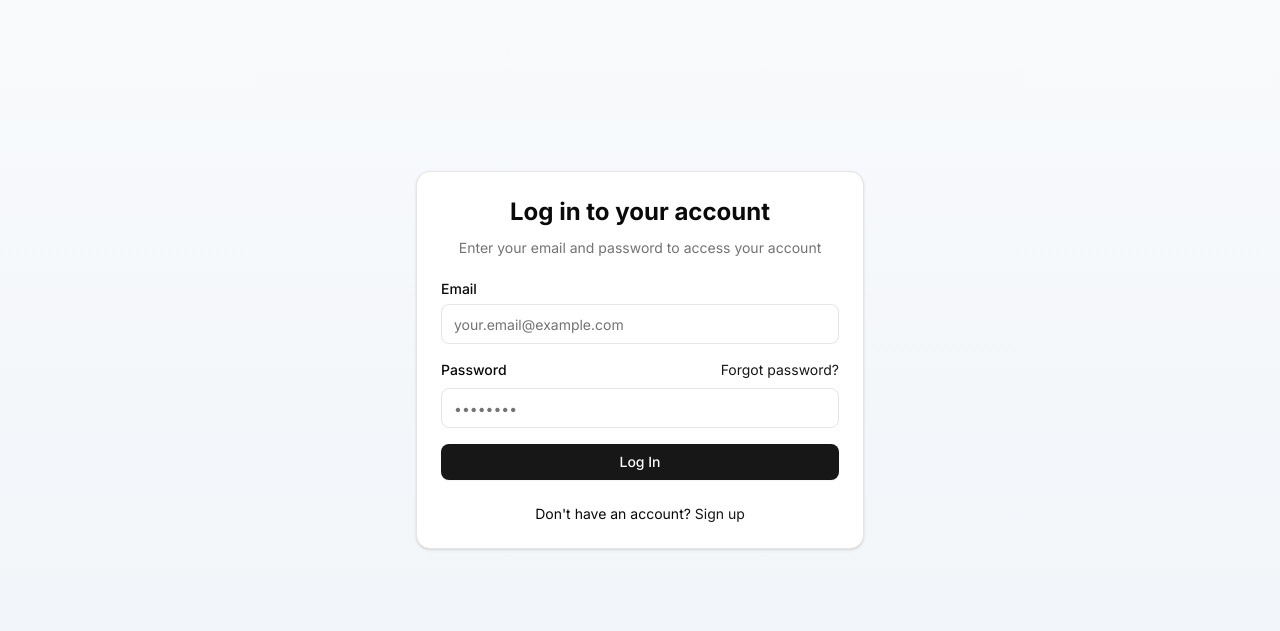
Repository: davidsaas/trustplacev2
Page: /login
An editor plug-in stored every save of this project. The page is shown before and after the next save, followed by the edit.
The browser window is 1280 px wide. The pictures show the whole page.
The project was rebuilt for these pictures with package versions that can differ from the ones it lists, and the page was loaded fresh each time. The framework's server and built-in components were replaced by stand-ins that run in the browser. Also part of the build but not shown: next.config.js, src/lib/apify.ts, src/components/navbar.tsx, src/components/nav-wrapper.tsx, src/components/ui/alert.tsx.

Above is the page before, as saved 2025-03-05 15:47:13.

### src/app/layout.tsx
import { Inter } from "next/font/google";
import "./globals.css";
import { NavWrapper } from "@/components/nav-wrapper";
import type { Metadata } from "next";

const inter = Inter({ subsets: ["latin"] });

export const metadata: Metadata = {
  title: "TrustPlace - Safe Airbnb Stays",
  description: "Find safe and trusted Airbnb stays with TrustPlace",
  icons: {
    icon: "/favicon.ico",
  },
};

export default function RootLayout({
  children,
}: Readonly<{
  children: React.ReactNode;
}>) {
  return (
    <html lang="en">
      <body className={inter.className}>
        <NavWrapper />
        {children}
      </body>
    </html>
  );
}

### src/app/login/page.tsx
"use client";

import { useState, useEffect } from "react";
import { Button } from "@/components/ui/button";
import { Input } from "@/components/ui/input";
import { Label } from "@/components/ui/label";
import { Card, CardContent, CardDescription, CardFooter, CardHeader, CardTitle } from "@/components/ui/card";
import { supabase } from "@/lib/supabase";
import { Alert, AlertDescription } from "@/components/ui/alert";
import Link from "next/link";
import { useRouter, useSearchParams } from "next/navigation";

export default function Login() {
  const [email, setEmail] = useState("");
  const [password, setPassword] = useState("");
  const [loading, setLoading] = useState(false);
  const [error, setError] = useState<string | null>(null);
  const [message, setMessage] = useState<string | null>(null);
  const router = useRouter();
  const searchParams = useSearchParams();

  useEffect(() => {
    // Check for message in URL (e.g., from signup page)
    const urlMessage = searchParams?.get("message");
    if (urlMessage) {
      setMessage(urlMessage);
    }
  }, [searchParams]);

  const handleLogin = async (e: React.FormEvent) => {
    e.preventDefault();
    setLoading(true);
    setError(null);

    try {
      const { error } = await supabase.auth.signInWithPassword({
        email,
        password,
      });

      if (error) {
        throw error;
      }

      // Success - redirect to home page
      router.push("/dashboard");
    } catch (error: any) {
      setError(error.message || "An error occurred during login");
    } finally {
      setLoading(false);
    }
  };

  return (
    <div className="flex items-center justify-center min-h-screen p-4 bg-gradient-to-b from-slate-50 to-slate-100 dark:from-gray-900 dark:to-gray-950">
      <Card className="w-full max-w-md">
        <CardHeader className="space-y-1">
          <CardTitle className="text-2xl font-bold text-center">Log in to your account</CardTitle>
          <CardDescription className="text-center">
            Enter your email and password to access your account
          </CardDescription>
        </CardHeader>
        <CardContent>
          <form onSubmit={handleLogin} className="space-y-4">
            {error && (
              <Alert variant="destructive">
                <AlertDescription>{error}</AlertDescription>
              </Alert>
            )}
            {message && (
              <Alert>
                <AlertDescription>{message}</AlertDescription>
              </Alert>
            )}
            <div className="space-y-2">
              <Label htmlFor="email">Email</Label>
              <Input
                id="email"
                type="email"
                placeholder="your.email@example.com"
                value={email}
                onChange={(e) => setEmail(e.target.value)}
                required
              />
            </div>
            <div className="space-y-2">
              <div className="flex items-center justify-between">
                <Label htmlFor="password">Password</Label>
                <Link href="/forgot-password" className="text-sm text-primary underline-offset-4 hover:underline">
                  Forgot password?
                </Link>
              </div>
              <Input
                id="password"
                type="password"
                placeholder="••••••••"
                value={password}
                onChange={(e) => setPassword(e.target.value)}
                required
              />
            </div>
            <Button type="submit" className="w-full" disabled={loading}>
              {loading ? "Logging in..." : "Log In"}
            </Button>
          </form>
        </CardContent>
        <CardFooter className="flex justify-center">
          <div className="text-sm text-center">
            Don't have an account?{" "}
            <Link href="/signup" className="text-primary underline-offset-4 hover:underline">
              Sign up
            </Link>
          </div>
        </CardFooter>
      </Card>
    </div>
  );
}

### src/components/ui/button.tsx
import * as React from "react"
import { Slot } from "@radix-ui/react-slot"
import { cva, type VariantProps } from "class-variance-authority"

import { cn } from "@/lib/utils"

const buttonVariants = cva(
  "inline-flex items-center justify-center gap-2 whitespace-nowrap rounded-md text-sm font-medium transition-[color,box-shadow] disabled:pointer-events-none disabled:opacity-50 [&_svg]:pointer-events-none [&_svg:not([class*='size-'])]:size-4 shrink-0 [&_svg]:shrink-0 outline-none focus-visible:border-ring focus-visible:ring-ring/50 focus-visible:ring-[3px] aria-invalid:ring-destructive/20 dark:aria-invalid:ring-destructive/40 aria-invalid:border-destructive",
  {
    variants: {
      variant: {
        default:
          "bg-primary text-primary-foreground shadow-xs hover:bg-primary/90",
        destructive:
          "bg-destructive text-white shadow-xs hover:bg-destructive/90 focus-visible:ring-destructive/20 dark:focus-visible:ring-destructive/40",
        outline:
          "border border-input bg-background shadow-xs hover:bg-accent hover:text-accent-foreground",
        secondary:
          "bg-secondary text-secondary-foreground shadow-xs hover:bg-secondary/80",
        ghost: "hover:bg-accent hover:text-accent-foreground",
        link: "text-primary underline-offset-4 hover:underline",
      },
      size: {
        default: "h-9 px-4 py-2 has-[>svg]:px-3",
        sm: "h-8 rounded-md gap-1.5 px-3 has-[>svg]:px-2.5",
        lg: "h-10 rounded-md px-6 has-[>svg]:px-4",
        icon: "size-9",
      },
    },
    defaultVariants: {
      variant: "default",
      size: "default",
    },
  }
)

function Button({
  className,
  variant,
  size,
  asChild = false,
  ...props
}: React.ComponentProps<"button"> &
  VariantProps<typeof buttonVariants> & {
    asChild?: boolean
  }) {
  const Comp = asChild ? Slot : "button"

  return (
    <Comp
      data-slot="button"
      className={cn(buttonVariants({ variant, size, className }))}
      {...props}
    />
  )
}

export { Button, buttonVariants }

### src/components/ui/input.tsx
import * as React from "react"

import { cn } from "@/lib/utils"

export interface InputProps
  extends React.InputHTMLAttributes<HTMLInputElement> {}

const Input = React.forwardRef<HTMLInputElement, InputProps>(
  ({ className, type, ...props }, ref) => {
    return (
      <input
        type={type}
        className={cn(
          "flex h-10 w-full rounded-md border border-input bg-background px-3 py-2 text-sm ring-offset-background file:border-0 file:bg-transparent file:text-sm file:font-medium placeholder:text-muted-foreground focus-visible:outline-none focus-visible:ring-2 focus-visible:ring-ring focus-visible:ring-offset-2 disabled:cursor-not-allowed disabled:opacity-50",
          className
        )}
        ref={ref}
        {...props}
      />
    )
  }
)
Input.displayName = "Input"

export { Input }

### src/components/ui/card.tsx
import * as React from "react"

import { cn } from "@/lib/utils"

function Card({ className, ...props }: React.ComponentProps<"div">) {
  return (
    <div
      data-slot="card"
      className={cn(
        "bg-card text-card-foreground flex flex-col gap-6 rounded-xl border py-6 shadow-sm",
        className
      )}
      {...props}
    />
  )
}

function CardHeader({ className, ...props }: React.ComponentProps<"div">) {
  return (
    <div
      data-slot="card-header"
      className={cn("flex flex-col gap-1.5 px-6", className)}
      {...props}
    />
  )
}

function CardTitle({ className, ...props }: React.ComponentProps<"div">) {
  return (
    <div
      data-slot="card-title"
      className={cn("leading-none font-semibold", className)}
      {...props}
    />
  )
}

function CardDescription({ className, ...props }: React.ComponentProps<"div">) {
  return (
    <div
      data-slot="card-description"
      className={cn("text-muted-foreground text-sm", className)}
      {...props}
    />
  )
}

function CardContent({ className, ...props }: React.ComponentProps<"div">) {
  return (
    <div
      data-slot="card-content"
      className={cn("px-6", className)}
      {...props}
    />
  )
}

function CardFooter({ className, ...props }: React.ComponentProps<"div">) {
  return (
    <div
      data-slot="card-footer"
      className={cn("flex items-center px-6", className)}
      {...props}
    />
  )
}

export { Card, CardHeader, CardFooter, CardTitle, CardDescription, CardContent }

### src/lib/supabase.ts
import { createClient } from '@supabase/supabase-js';

const supabaseUrl = 'https://upsiedhtxolcshbunlls.supabase.co';
const supabaseAnonKey = 'eyJhbGciOiJIUzI1NiIsInR5cCI6IkpXVCJ9.eyJpc3MiOiJzdXBhYmFzZSIsInJlZiI6InVwc2llZGh0eG9sY3NoYnVubGxzIiwicm9sZSI6ImFub24iLCJpYXQiOjE3NDExNzQxMDAsImV4cCI6MjA1Njc1MDEwMH0.a23c0hAC7Kj_rJqpxHNEdKwmeRMy_ZH88nApJZ41DwA';

export const supabase = createClient(supabaseUrl, supabaseAnonKey);

### src/components/ui/separator.tsx
"use client"

import * as React from "react"
import * as SeparatorPrimitive from "@radix-ui/react-separator"

import { cn } from "@/lib/utils"

function Separator({
  className,
  orientation = "horizontal",
  decorative = true,
  ...props
}: React.ComponentProps<typeof SeparatorPrimitive.Root>) {
  return (
    <SeparatorPrimitive.Root
      data-slot="separator-root"
      decorative={decorative}
      orientation={orientation}
      className={cn(
        "bg-border shrink-0 data-[orientation=horizontal]:h-px data-[orientation=horizontal]:w-full data-[orientation=vertical]:h-full data-[orientation=vertical]:w-px",
        className
      )}
      {...props}
    />
  )
}

export { Separator }

Loaded but not shown: src/app/globals.css (common file); src/components/ui/label.tsx (common file); src/lib/utils.ts (common file)

After the next save:
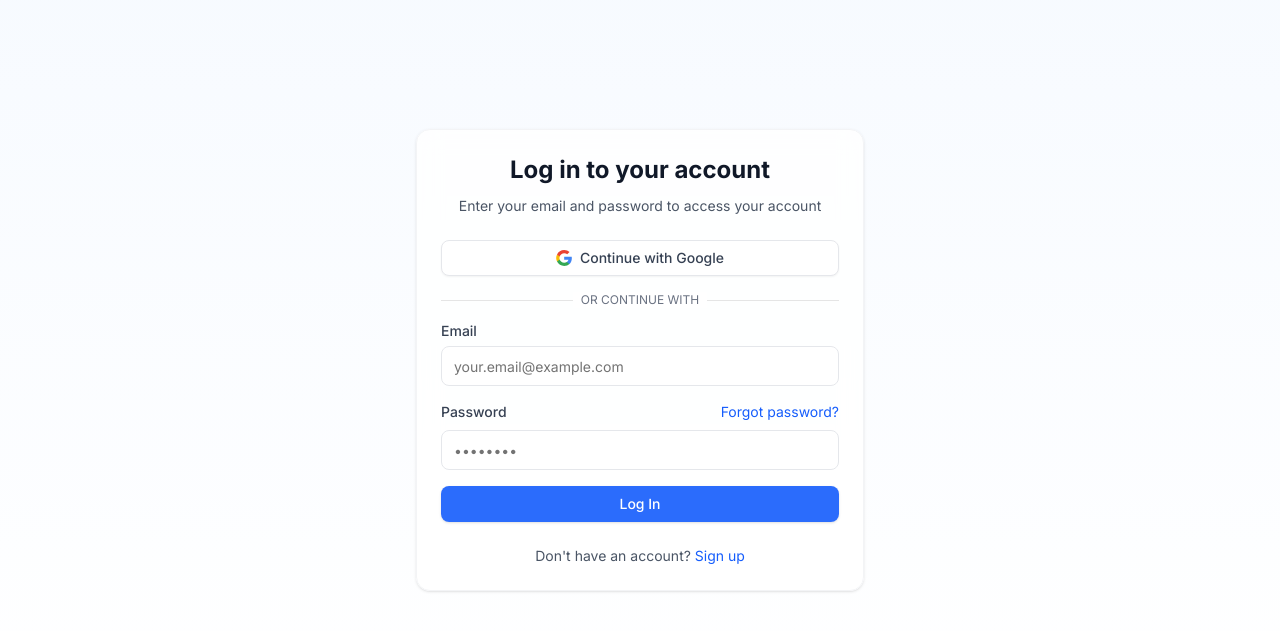
Saved 103 s later.
--- a/src/app/login/page.tsx
+++ b/src/app/login/page.tsx
@@ -9,11 +9,13 @@ import { supabase } from "@/lib/supabase";
 import { Alert, AlertDescription } from "@/components/ui/alert";
 import Link from "next/link";
 import { useRouter, useSearchParams } from "next/navigation";
+import { Separator } from "@/components/ui/separator";
 
 export default function Login() {
   const [email, setEmail] = useState("");
   const [password, setPassword] = useState("");
   const [loading, setLoading] = useState(false);
+  const [googleLoading, setGoogleLoading] = useState(false);
   const [error, setError] = useState<string | null>(null);
   const [message, setMessage] = useState<string | null>(null);
   const router = useRouter();
@@ -51,12 +53,35 @@ export default function Login() {
     }
   };
 
+  const handleGoogleLogin = async () => {
+    setGoogleLoading(true);
+    setError(null);
+
+    try {
+      const { error } = await supabase.auth.signInWithOAuth({
+        provider: 'google',
+        options: {
+          redirectTo: `${window.location.origin}/auth/callback`,
+        },
+      });
+
+      if (error) {
+        throw error;
+      }
+
+      // The redirect will happen automatically
+    } catch (error: any) {
+      setError(error.message || "An error occurred during Google login");
+      setGoogleLoading(false);
+    }
+  };
+
   return (
-    <div className="flex items-center justify-center min-h-screen p-4 bg-gradient-to-b from-slate-50 to-slate-100 dark:from-gray-900 dark:to-gray-950">
-      <Card className="w-full max-w-md">
+    <div className="flex items-center justify-center min-h-screen p-4 bg-gradient-to-b from-blue-50/50 to-white">
+      <Card className="w-full max-w-md bg-white/80 backdrop-blur-md border border-gray-100 shadow-sm">
         <CardHeader className="space-y-1">
-          <CardTitle className="text-2xl font-bold text-center">Log in to your account</CardTitle>
-          <CardDescription className="text-center">
+          <CardTitle className="text-2xl font-bold text-center text-gray-900">Log in to your account</CardTitle>
+          <CardDescription className="text-center text-gray-600">
             Enter your email and password to access your account
           </CardDescription>
         </CardHeader>
@@ -72,8 +97,42 @@ export default function Login() {
                 <AlertDescription>{message}</AlertDescription>
               </Alert>
             )}
+
+            <Button
+              type="button"
+              variant="outline"
+              className="w-full flex items-center justify-center gap-2 bg-white hover:bg-gray-50 text-gray-700 border-gray-200"
+              onClick={handleGoogleLogin}
+              disabled={googleLoading}
+            >
+              {googleLoading ? (
+                "Connecting..."
+              ) : (
+                <>
+                  <svg viewBox="0 0 24 24" width="16" height="16" xmlns="http://www.w3.org/2000/svg">
+                    <g transform="matrix(1, 0, 0, 1, 27.009001, -39.238998)">
+                      <path fill="#4285F4" d="M -3.264 51.509 C -3.264 50.719 -3.334 49.969 -3.454 49.239 L -14.754 49.239 L -14.754 53.749 L -8.284 53.749 C -8.574 55.229 -9.424 56.479 -10.684 57.329 L -10.684 60.329 L -6.824 60.329 C -4.564 58.239 -3.264 55.159 -3.264 51.509 Z"/>
+                      <path fill="#34A853" d="M -14.754 63.239 C -11.514 63.239 -8.804 62.159 -6.824 60.329 L -10.684 57.329 C -11.764 58.049 -13.134 58.489 -14.754 58.489 C -17.884 58.489 -20.534 56.379 -21.484 53.529 L -25.464 53.529 L -25.464 56.619 C -23.494 60.539 -19.444 63.239 -14.754 63.239 Z"/>
+                      <path fill="#FBBC05" d="M -21.484 53.529 C -21.734 52.809 -21.864 52.039 -21.864 51.239 C -21.864 50.439 -21.724 49.669 -21.484 48.949 L -21.484 45.859 L -25.464 45.859 C -26.284 47.479 -26.754 49.299 -26.754 51.239 C -26.754 53.179 -26.284 54.999 -25.464 56.619 L -21.484 53.529 Z"/>
+                      <path fill="#EA4335" d="M -14.754 43.989 C -12.984 43.989 -11.404 44.599 -10.154 45.789 L -6.734 42.369 C -8.804 40.429 -11.514 39.239 -14.754 39.239 C -19.444 39.239 -23.494 41.939 -25.464 45.859 L -21.484 48.949 C -20.534 46.099 -17.884 43.989 -14.754 43.989 Z"/>
+                    </g>
+                  </svg>
+                  Continue with Google
+                </>
+              )}
+            </Button>
+
+            <div className="relative">
+              <div className="absolute inset-0 flex items-center">
+                <Separator className="w-full" />
+              </div>
+              <div className="relative flex justify-center text-xs uppercase">
+                <span className="bg-white px-2 text-gray-500">Or continue with</span>
+              </div>
+            </div>
+
             <div className="space-y-2">
-              <Label htmlFor="email">Email</Label>
+              <Label htmlFor="email" className="text-gray-700">Email</Label>
               <Input
                 id="email"
                 type="email"
@@ -81,12 +140,13 @@ export default function Login() {
                 value={email}
                 onChange={(e) => setEmail(e.target.value)}
                 required
+                className="bg-white/70 border-gray-200 focus:border-blue-300 focus:ring-blue-300"
               />
             </div>
             <div className="space-y-2">
               <div className="flex items-center justify-between">
-                <Label htmlFor="password">Password</Label>
-                <Link href="/forgot-password" className="text-sm text-primary underline-offset-4 hover:underline">
+                <Label htmlFor="password" className="text-gray-700">Password</Label>
+                <Link href="/forgot-password" className="text-sm text-blue-600 hover:text-blue-800 hover:underline">
                   Forgot password?
                 </Link>
               </div>
@@ -97,17 +157,22 @@ export default function Login() {
                 value={password}
                 onChange={(e) => setPassword(e.target.value)}
                 required
+                className="bg-white/70 border-gray-200 focus:border-blue-300 focus:ring-blue-300"
               />
             </div>
-            <Button type="submit" className="w-full" disabled={loading}>
+            <Button
+              type="submit"
+              className="w-full bg-blue-600/90 hover:bg-blue-700 text-white shadow-sm hover:shadow-md transition-all"
+              disabled={loading}
+            >
               {loading ? "Logging in..." : "Log In"}
             </Button>
           </form>
         </CardContent>
         <CardFooter className="flex justify-center">
-          <div className="text-sm text-center">
+          <div className="text-sm text-center text-gray-600">
             Don't have an account?{" "}
-            <Link href="/signup" className="text-primary underline-offset-4 hover:underline">
+            <Link href="/signup" className="text-blue-600 hover:text-blue-800 hover:underline">
               Sign up
             </Link>
           </div>
